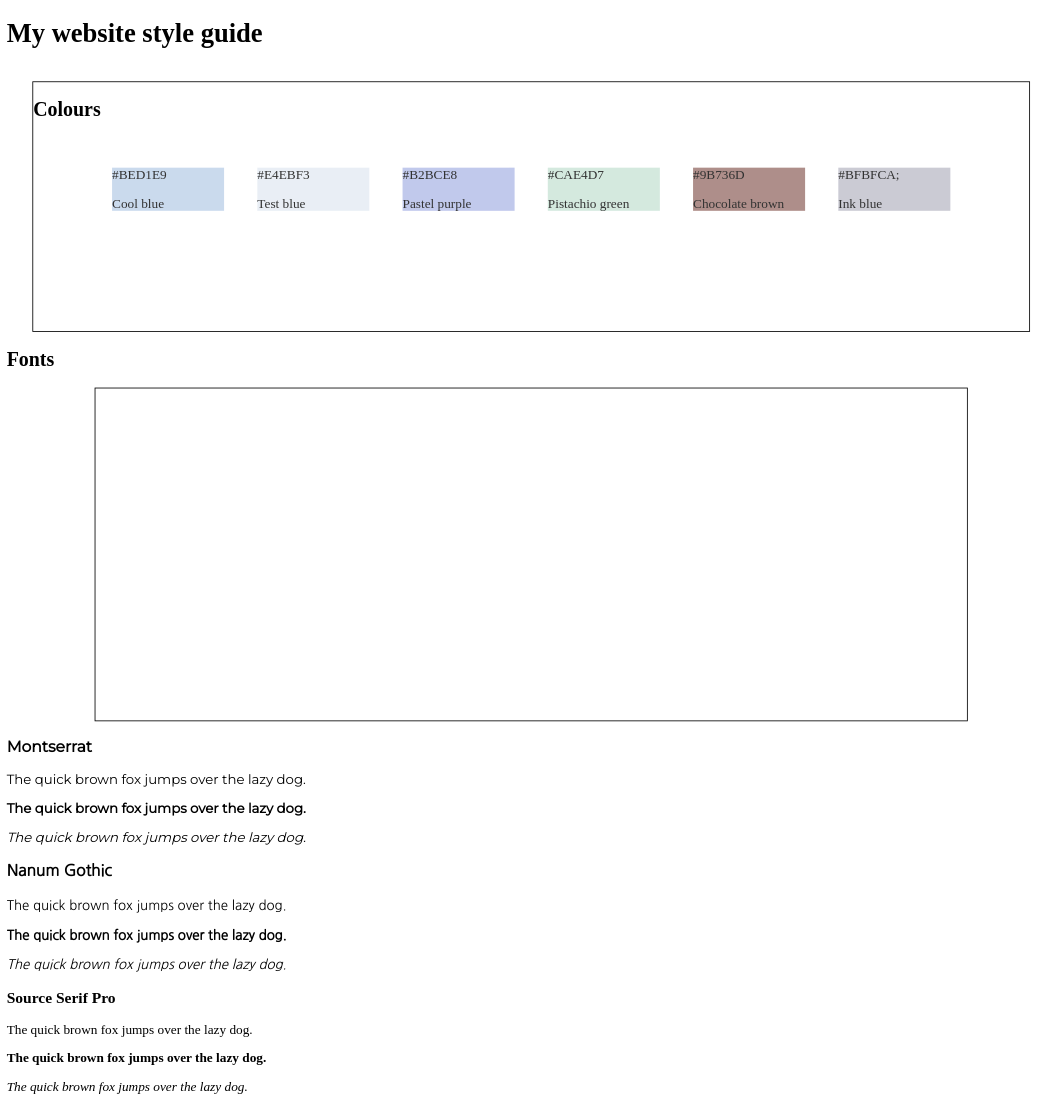
Repository: nazaninrizvi/codecademy
Page: Javascript/website-design-system/index.html
The author's editor kept a copy of each file at every save. The page is drawn from the files as they stood at one save, then again after the next save.
The browser window is 1280 px wide. The pictures show the whole page, at 83% of full size.
Some web fonts or font styles are not loaded; a fallback is used.

Above is the page before, as saved 2021-11-27 22:08:38.

### Javascript/website-design-system/index.html
<!DOCTYPE html>
<html>
    <head>
        <title>My website style guide</title>
        <link rel="stylesheet" href="styles.css" type="text/css" />
        <link rel="preconnect" href="https://fonts.googleapis.com">
<link rel="preconnect" href="https://fonts.gstatic.com" crossorigin>
<link href="https://fonts.googleapis.com/css2?family=Montserrat&family=Nanum+Gothic&family=Source+Serif+Pro:ital,wght@1,300&display=swap" rel="stylesheet">
        <body>
        <h1>My website style guide</h1>
        <div id="colors">
            <div class="colors-container">
                <h2>Colours</h2>
                <div class="colcontainer">
                    <div class="cols"><div id="coolblue">
                        <p>#BED1E9</p>
                        <p>Cool blue</p>
                    </div></div>

                    <div class="cols"><div id="testBlue">
                        <p>#E4EBF3</p>
                        <p>Test blue</p>
                    </div></div>

                    <div class="cols"><div id="pastelPurple">
                        <p>#B2BCE8</p>
                        <p>Pastel purple</p>
                    </div></div>

                    <div class="cols"><div id="pistachio">
                        <p>#CAE4D7</p>
                        <p>Pistachio green</p>
                    </div></div>

                    <div class="cols"><div id="brown">
                        <p>#9B736D</p>
                        <p>Chocolate brown</p>
                    </div></div>

                    <div class="cols"><div id="inkBlue">
                        <p>#BFBFCA;</p>
                        <p>Ink blue</p>
                    </div></div>
                </div>
            </div>
        </div>
        <div id="fonts">

               <h2>Fonts</h2>
               <div class="fontcontainer"></div>
               <div class='font' id='montserrat'>
                   <h3>Montserrat</h3>
                    <p>The quick brown fox jumps over the lazy dog.</p>
                    <p><b>The quick brown fox jumps over the lazy dog.</b></p>
                    <p><i>The quick brown fox jumps over the lazy dog.</i></p>                </i></p>
                </div>

                <div class='font' id="nanum">
                    <h3>Nanum Gothic</h3>
                     <p>The quick brown fox jumps over the lazy dog.</p>
                     <p><b>The quick brown fox jumps over the lazy dog.</b></p>
                     <p><i>The quick brown fox jumps over the lazy dog.</i></p>                </i></p>
                </div>

                <div class='font' id="sourceSerif">
                    <h3>Source Serif Pro</h3>
                     <p>The quick brown fox jumps over the lazy dog.</p>
                     <p><b>The quick brown fox jumps over the lazy dog.</b></p>
                     <p><i>The quick brown fox jumps over the lazy dog.</i></p>                </i></p>
                 </div>
           </div>
        </div>
    </body>
</html>

### Javascript/website-design-system/styles.css


.colors-container{
    height: 300px;
    max-width: 1200px;
    margin: 40px auto auto auto;
    border: 1px solid black;
  }

  .colcontainer{
    max-width: 1050px;
    margin: 15px auto auto auto;
    display: flex;
    justify-content: space-between;
  }

  .cols{
    height: 300px;
    padding: 20px;
    margin-bottom: auto;
    flex-basis: 30%;
    box-sizing: border-box;
    opacity: 0.8;
  }

#coolblue{
    background-color: #bed1e9;
  }
#testBlue{
    background-color: #E4EBF3;
}
#pastelPurple{
    background-color: #B2BCE8;
}

#pistachio{
    background-color: #CAE4D7;
}

#brown{
    background-color: #9B736D;
}

#inkBlue{
    background-color: #BFBFCA;
}

.fontcontainer{
  height: 400px;
  max-width: 1200px;
  border: 1px solid black;
  max-width: 1050px;
  margin: 15px auto auto auto;
  display: flex;
  justify-content: space-between;
  flex-wrap: wrap;
}

.fonts{
  height: 300px;
  padding: 20px;
  margin-bottom: auto;
  flex-basis: 30%;
  box-sizing: border-box;
  opacity: 0.8;
}

#montserrat{
  font-family: 'Montserrat', sans-serif;
}

#nanum{
  font-family: 'Nanum Gothic', sans-serif;
}

#sourceSerif{
  font-family: 'Source Serif Pro', serif;
}

After the next save:
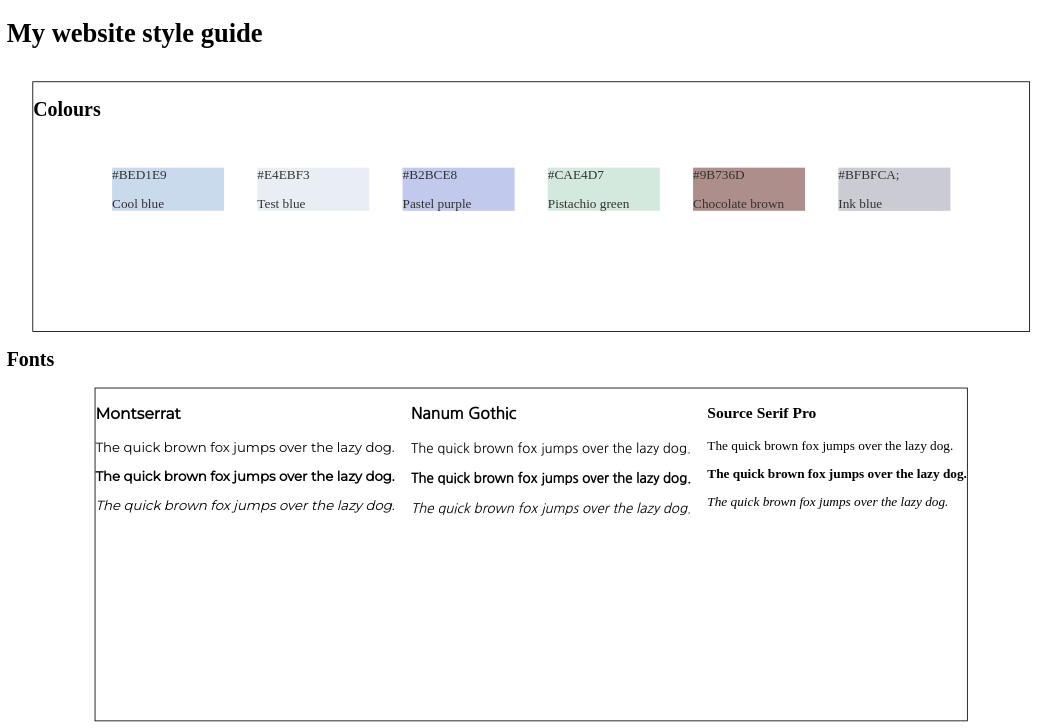
Saved 4 s later.
--- a/Javascript/website-design-system/index.html
+++ b/Javascript/website-design-system/index.html
@@ -47,7 +47,7 @@
         <div id="fonts">
 
                <h2>Fonts</h2>
-               <div class="fontcontainer"></div>
+               <div class="fontcontainer">
                <div class='font' id='montserrat'>
                    <h3>Montserrat</h3>
                     <p>The quick brown fox jumps over the lazy dog.</p>
